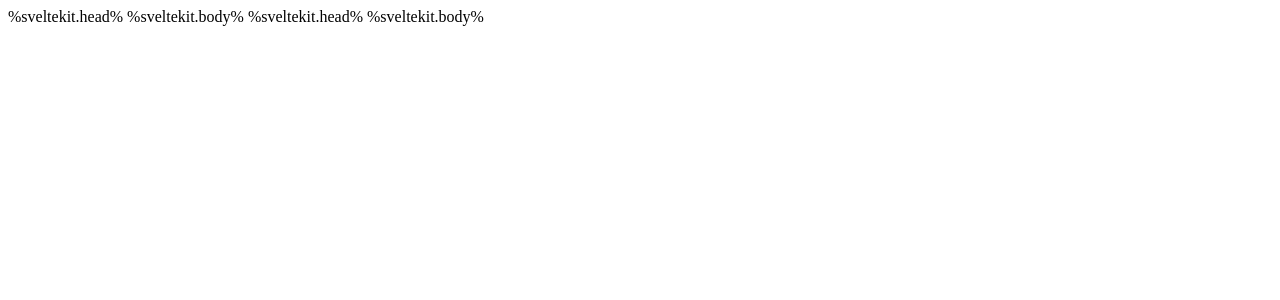
Repository: Ersch/svelte-todo
Page: src/app.html
These files come from the project's save history. The page is drawn as it stood at one moment and after the next save; the edit follows.
The browser window is 1280 px wide. The pictures show the whole page.

Above is the page before, as saved 2024-03-06 21:08:40.

### src/app.html
<!doctype html>
<html lang="en">

	<head>
		<meta charset="utf-8" />
		<link rel="icon" href="%sveltekit.assets%/favicon.png" />
		<meta name="viewport" content="width=device-width, initial-scale=1" />
		%sveltekit.head%
	</head>

	<body data-sveltekit-preload-data="hover">
		<div style="display: contents">%sveltekit.body%</div>
	</body>
</html>
<!doctype html>
<html lang="en">
	<head>
		<meta charset="utf-8" />
		<link rel="icon" href="%sveltekit.assets%/favicon.png" />
		<meta name="viewport" content="width=device-width, initial-scale=1" />
		%sveltekit.head%
	</head>

	<body data-sveltekit-preload-data="hover">
		<div style="display: contents">%sveltekit.body%</div>
	</body>
</html>

After the next save:
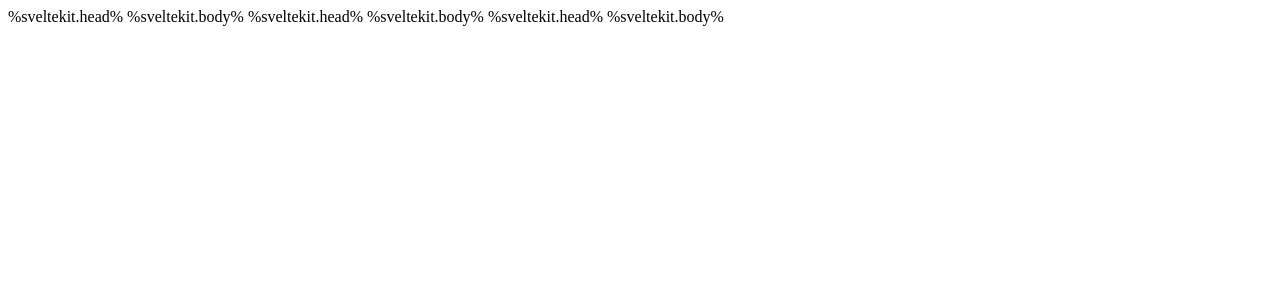
Saved 18 s later.
--- a/src/app.html
+++ b/src/app.html
@@ -1,3 +1,16 @@
+<!doctype html>
+<html lang="en">
+	<head>
+		<meta charset="utf-8" />
+		<link rel="icon" href="%sveltekit.assets%/favicon.png" />
+		<meta name="viewport" content="width=device-width, initial-scale=1" />
+		%sveltekit.head%
+	</head>
+
+	<body data-sveltekit-preload-data="hover">
+		<div style="display: contents">%sveltekit.body%</div>
+	</body>
+</html>
 <!doctype html>
 <html lang="en">
 
